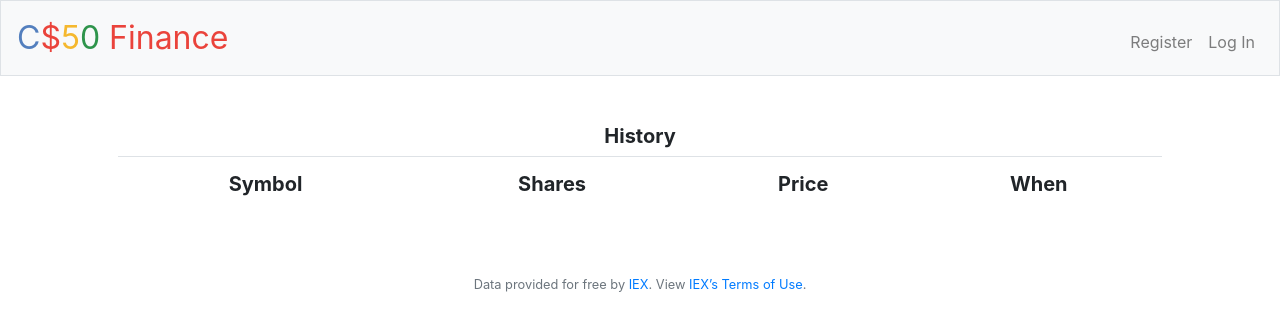
Repository: Mackeyrw/gitTest-CS50
Page: pset8/finance/templates/history.html
The author's editor kept a record of every edit. The page is drawn from the files as they stood at one moment, then again after the next edit.
The browser window is 1280 px wide. The pictures show the whole page.
The template is drawn by Flask 3. The application's start-up code is not run. Other server files are loaded and not shown. The template is opened directly, without the code that normally fills it, so the values that code supplies are empty.

Above is the page before.

### pset8/finance/templates/history.html
{% extends "layout.html" %}

{% block title %}
    History
{% endblock %}

{% block main %}
        <h1 class=header> History </h1>
        <table class=table>
            <tr class=header>
                <td>Symbol</td><td>Shares</td><td>Price</td><td>When</td>
            </tr>
            {% for row in rows %}
            <tr>

                <td>{{ row["symbol"][0] }}</td><td>{{ row["shares"][1] }}</td><td>{{ row["price"][2] }}</td><td>{{ row[3] }}</td>

            </tr>
             {% endfor %}


        </table>

{% endblock %}

### pset8/finance/templates/layout.html
<!DOCTYPE html>

<html lang="en">

    <head>

        <!-- Required meta tags -->
        <meta charset="utf-8">
        <meta name="viewport" content="width=device-width, initial-scale=1, shrink-to-fit=no">

        <!-- documentation at http://getbootstrap.com/docs/4.1/, alternative themes at https://bootswatch.com/ -->
        <link href="https://maxcdn.bootstrapcdn.com/bootstrap/4.1.3/css/bootstrap.min.css" rel="stylesheet">

        <!-- https://favicon.io/emoji-favicons/money-mouth-face/ -->
        <link href="/static/favicon.ico" rel="icon">

        <link href="/static/styles.css" rel="stylesheet">

        <script src="https://code.jquery.com/jquery-3.3.1.min.js"></script>
        <script src="https://cdnjs.cloudflare.com/ajax/libs/popper.js/1.14.3/umd/popper.min.js"></script>
        <script src="https://maxcdn.bootstrapcdn.com/bootstrap/4.1.3/js/bootstrap.min.js"></script>

        <title>C$50 Finance: {% block title %}{% endblock %}</title>

    </head>

    <body>

        <nav class="navbar navbar-expand-md navbar-light bg-light border">
            <a class="navbar-brand" href="/"><span class="blue">C</span><span class="red">$</span><span class="yellow">5</span><span class="green">0</span> <span class="red">Finance</span></a>
            <button aria-controls="navbar" aria-expanded="false" aria-label="Toggle navigation" class="navbar-toggler" data-target="#navbar" data-toggle="collapse" type="button">
                <span class="navbar-toggler-icon"></span>
            </button>
            <div class="collapse navbar-collapse" id="navbar">
                {% if session.user_id %}
                    <ul class="navbar-nav mr-auto mt-2">
                        <li class="nav-item"><a class="nav-link" href="/quote">Quote</a></li>
                        <li class="nav-item"><a class="nav-link" href="/buy">Buy</a></li>
                        <li class="nav-item"><a class="nav-link" href="/sell">Sell</a></li>
                        <li class="nav-item"><a class="nav-link" href="/history">History</a></li>
                        <li class="nav-item"><a class="nav-link" href="/add">Add Cash</a></li>
                    </ul>
                    <ul class="navbar-nav ml-auto mt-2">
                        <li class="nav-item"><a class="nav-link" href="/logout">Log Out</a></li>
                    </ul>
                {% else %}
                    <ul class="navbar-nav ml-auto mt-2">
                        <li class="nav-item"><a class="nav-link" href="/register">Register</a></li>
                        <li class="nav-item"><a class="nav-link" href="/login">Log In</a></li>
                    </ul>
                {% endif %}
            </div>
        </nav>

        {% if get_flashed_messages() %}
            <header>
                <div class="alert alert-primary border text-center" role="alert">
                    {{ get_flashed_messages() | join(" ") }}
                </div>
            </header>
        {% endif %}

        <main class="container p-5">
            {% block main %}{% endblock %}
        </main>

        <footer class="small text-center text-muted">
            Data provided for free by <a href="https://iextrading.com/developer">IEX</a>. View <a href="https://iextrading.com/api-exhibit-a/">IEX’s Terms of Use</a>.
        </footer>

    </body>

</html>

### pset8/finance/static/styles.css
nav .navbar-brand
{
    /* size for brand */
    font-size: xx-large;
}

/* colors for brand */
nav .navbar-brand .blue
{
    color: #537fbe;
}
nav .navbar-brand .red
{
    color: #ea433b;
}
nav .navbar-brand .yellow
{
    color: #f5b82e;
}
nav .navbar-brand .green
{
    color: #2e944b;
}

main .form-control
{
    /* center form controls */
    display: inline-block;

    /* override Bootstrap's 100% width for form controls */
    width: auto;
}

main
{
    /* scroll horizontally as needed */
    overflow-x: auto;

    /* center contents */
    text-align: center;
}

main img
{
    /* constrain images on small screens */
    max-width: 100%;
}

.quoted
{
    font-size: 30px;
    color: darkblue;
    font-weight: bold;
}

.table table tr td
{
    border: solid;
    text-align: center;
}

.header
{
    font-size: 20px;
    font-weight: bold;
}

After the next edit:
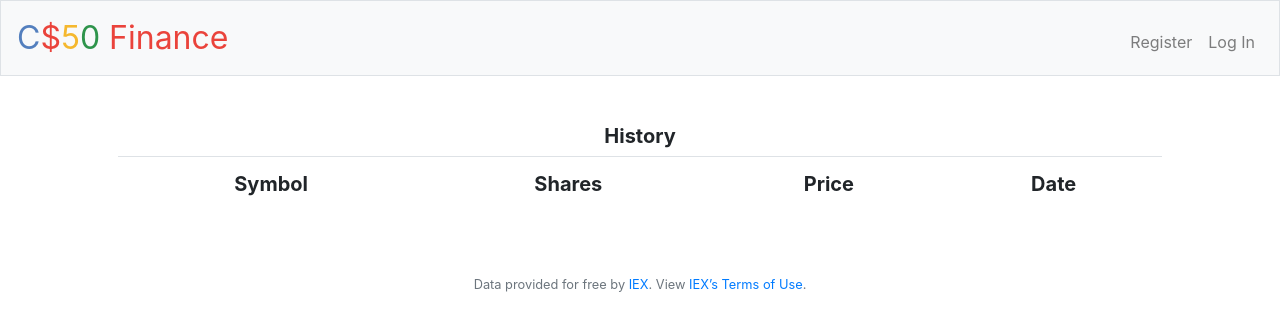
The edit:
--- a/pset8/finance/templates/history.html
+++ b/pset8/finance/templates/history.html
@@ -8,7 +8,7 @@
         <h1 class=header> History </h1>
         <table class=table>
             <tr class=header>
-                <td>Symbol</td><td>Shares</td><td>Price</td><td>When</td>
+                <td>Symbol</td><td>Shares</td><td>Price</td><td>Date</td>
             </tr>
             {% for row in rows %}
             <tr>
